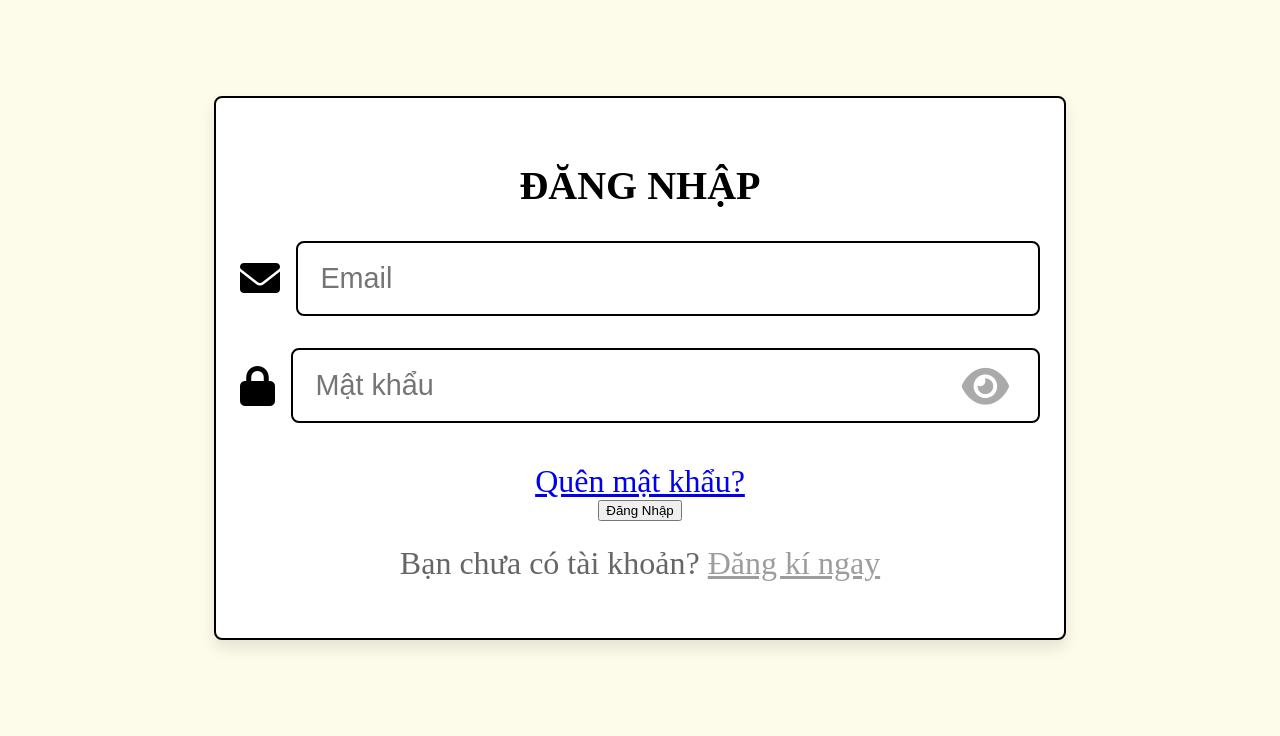
Repository: Dien973/expense_manager
Page: http://localhost/expense_manager/account/login.php
An editor plug-in stored every save of this project. The page is shown before and after the next save, followed by the edit.
The browser window is 1280 px wide. The pictures show the whole page.
The page is run by PHP 8.4 with error messages shown; the project is at /var/www/html/.

Above is the page before, as saved 2025-12-05 17:40:55.

### account/login.php
<?php

@include '../config.php';
session_start();

if(isset($_POST['submit'])){

   $filter_email = filter_var($_POST['email'], FILTER_SANITIZE_STRING);
   $email = mysqli_real_escape_string($conn, $filter_email);
   $filter_pass = filter_var($_POST['pass'], FILTER_SANITIZE_STRING);
   $pass = mysqli_real_escape_string($conn, $filter_pass);

   $select_users = mysqli_query($conn, "SELECT * FROM `users` WHERE uemail = '$email' AND upwd = '$pass'") or die('Thất bại');


   if(mysqli_num_rows($select_users) > 0){

      $row = mysqli_fetch_assoc($select_users);

      if($row['urole'] == 'admin'){

         $_SESSION['admin_name'] = $row['uname'];
         $_SESSION['admin_email'] = $row['uemail'];
         $_SESSION['admin_id'] = $row['uid'];
         header('location:ad_home.php');

      }elseif($row['urole'] == 'user'){

         $_SESSION['user_name'] = $row['uname'];
         $_SESSION['user_email'] = $row['uemail'];
         $_SESSION['user_id'] = $row['uid'];
         header('location:../user_page/home.php');

      }else{
         $message[] = 'Không tìm thấy người dùng!';
      }

   }else{
      $message[] = 'Sai email hoặc mật khẩu!';
   }

}

?>

<!DOCTYPE html>
<html lang="en">
<head>
   <meta charset="UTF-8">
   <meta http-equiv="X-UA-Compatible" content="IE=edge">
   <meta name="viewport" content="width=device-width, initial-scale=1.0">
   <title>Đăng nhập</title>

   <!-- font awesome cdn link  -->
   <link rel="stylesheet" href="https://cdnjs.cloudflare.com/ajax/libs/font-awesome/6.0.0/css/all.min.css">

   <!-- custom css file link  -->
   <link rel="stylesheet" href="../css/main.css">

</head>
<body>

<?php
if(isset($_SESSION['success'])){
    echo '
    <div class="message-overlay">
        <div class="message-box">
            <span>'.$_SESSION['success'].'</span>
            <i class="fas fa-times" onclick="this.parentElement.parentElement.remove();"></i>
        </div>
    </div>
    ';
    unset($_SESSION['success']);
}

?>

<section class="form-container">

   <form action="" method="post">
      <h3>Đăng Nhập</h3>

      <div class="input-boxes">
         <div class="inpt">
            <i class="fas fa-envelope"></i>
            <input type="email" name="email" class="box" placeholder="Email" required>
         </div>
         <div class="inpt">
            <i class="fas fa-lock"></i>
            <input type="password" name="pass" class="box pwd" placeholder="Mật khẩu" required>
            <i class="fa-solid fa-eye eye toggle-eye"></i>
         </div>
         <!--div>
            <input id="remember-login" type="checkbox" name="remember">
            <label for="remember-login">Ghi nhớ đăng nhập</label>
         </div-->
         <div class="forgot-pwd" class="text"><a href="forgot_pwd.php">Quên mật khẩu?</a></div>
         <input type="submit" class="btn" name="submit" value="Đăng Nhập">
         <p>Bạn chưa có tài khoản? <a href="signup.php">Đăng kí ngay</a></p>
      </div>
   </form>
</section>

   <script src="../js/show_pwd.js"></script>
</body>
</html>

### config.php
<?php
// Kết nối đến cơ sở dữ liệu MySQL
$servername = "localhost";
$username = "root";
$password = "";
$dbname = "qly_chi_tieu";

// Tạo kết nối
$conn = mysqli_connect($servername, $username, $password, $dbname);

// Kiểm tra kết nối
if (!$conn) {
    die("Connection failed: " . mysqli_connect_error());
}
?>

### css/main.css
body {
  background-color: rgb(253, 252, 234);
}
/*----------FORM ĐĂNG NHẬP------------*/
.form-container {
  display: flex;
  align-items: center;
  justify-content: center;
  min-height: 100vh;
}

.form-container form {
  padding: 1.5rem;
  border-radius: 0.5rem;
  border: #000 solid 2px;
  background-color: #ffffff;
  box-shadow: 0 0.5rem 1rem rgba(0, 0, 0, 0.1);
  width: 50rem;
  text-align: center;
}

.form-container form h3 {
  font-size: 2.5rem;
  text-transform: uppercase;
  color: #000;
  margin-bottom: 1rem;
}

.form-container form .box {
  width: 100%;
  padding: 1.2rem 1.4rem;
  font-size: 1.8rem;
  color: #000;
  border: #000 solid 2px;
  background-color: #fff;
  margin: 1rem 0;
  border-radius: 0.5rem;
  position: relative;
}

.form-container form i {
  color: #000;
  font-size: 2.5rem;
  margin-right: 1rem;
}

.form-container form p,
.form-container form .forgot-pwd {
  margin-top: 1.5rem;
  font-size: 2rem;
  color: #666;
}

.form-container form p a {
  color: #9e9d9d;
}

.form-container form p a:hover {
  text-decoration: underline;
}

/*-- forgot password --*/
.form-container form .forgot-pwd {
  margin-top: 1.5rem;
  font-size: 2rem;
  color: #666;
}

/* --- EYE TRONG Ô INPUT --- */

.form-container form .inpt {
  position: relative;
  display: flex;
  align-items: center;
}

.form-container form .inpt input.box {
  width: 100%;
  padding-right: 45px;
  box-sizing: border-box;
}

.form-container form .toggle-eye,
.form-container form .eye {
  position: absolute !important;
  right: 15px !important;
  top: 50% !important;
  transform: translateY(-50%) !important;
  font-size: 42px;
  cursor: pointer;
  color: #aaa;
  z-index: 10;
}

/*---------- THÔNG BÁO------------*/
.message-overlay {
  position: fixed;
  top: 0;
  left: 0;
  width: 100%;
  height: 100%;
  background: rgba(0, 0, 0, 0.5);
  display: flex;
  justify-content: center;
  align-items: center;
  z-index: 20000;
}

/* Hộp thông báo */
.message-box {
  background: #fff;
  padding: 2rem 3rem;
  border-radius: 10px;
  text-align: center;
  min-width: 350px;
  max-width: 80%;
  box-shadow: 0 10px 25px rgba(0, 0, 0, 0.3);
  position: relative;
  animation: popupShow 0.25s ease-out;
}

/* Nội dung */
.message-box span {
  font-size: 2rem;
  color: #000;
}

/* Icon đóng */
.message-box i {
  position: absolute;
  top: 10px;
  right: 12px;
  font-size: 2.2rem;
  color: #c0392b;
  cursor: pointer;
  transition: 0.2s;
}

.message-box i:hover {
  transform: rotate(90deg);
}

/* Animation hiển thị */
@keyframes popupShow {
  from {
    opacity: 0;
    transform: scale(0.8);
  }
  to {
    opacity: 1;
    transform: scale(1);
  }
}

### js/show_pwd.js
const eyes = document.querySelectorAll(".toggle-eye");
const pwds = document.querySelectorAll(".pwd");

eyes.forEach((eye, index) => {
  eye.onclick = () => {
    if (pwds[index].type === "password") {
      pwds[index].type = "text";
      eye.classList.remove("fa-eye");
      eye.classList.add("fa-eye-slash");
    } else {
      pwds[index].type = "password";
      eye.classList.remove("fa-eye-slash");
      eye.classList.add("fa-eye");
    }
  };
});

After the next save:
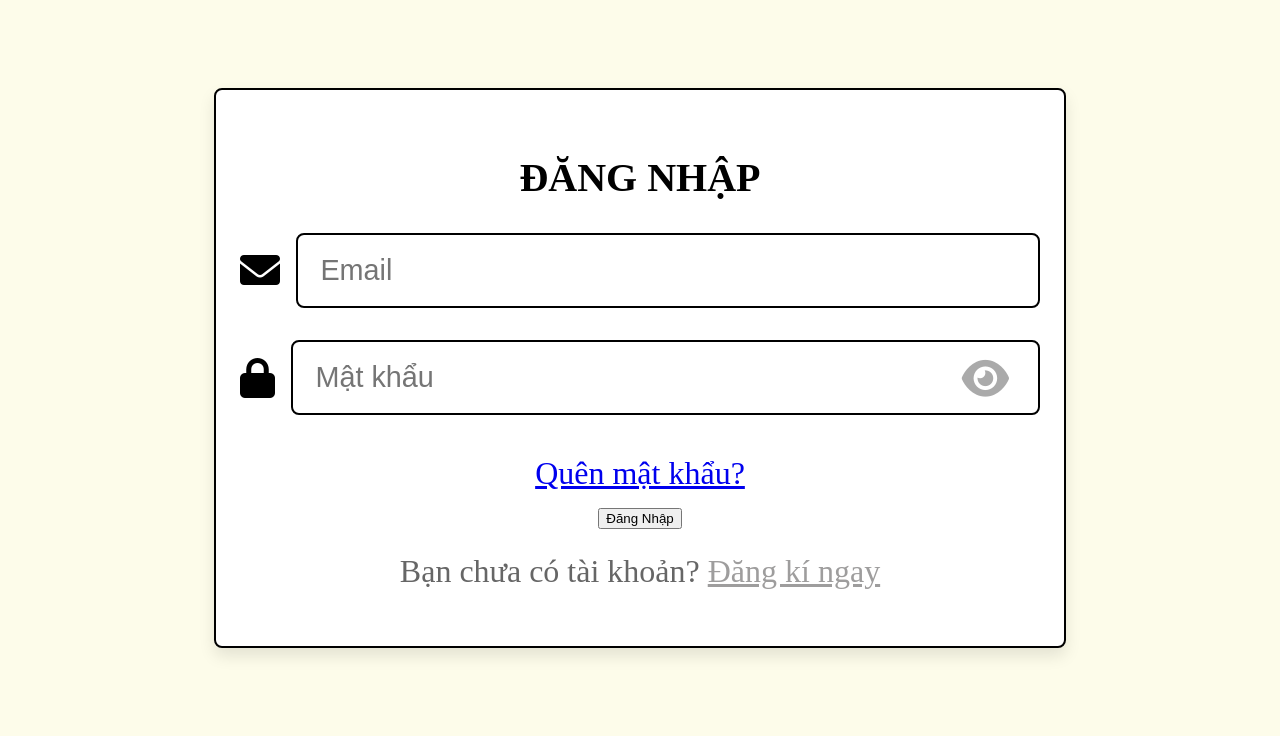
Saved 29 s later.
--- a/css/main.css
+++ b/css/main.css
@@ -62,8 +62,8 @@ body {
 /*-- forgot password --*/
 .form-container form .forgot-pwd {
   margin-top: 1.5rem;
+  margin-bottom: 1rem;
   font-size: 2rem;
-  color: #666;
 }
 
 /* --- EYE TRONG Ô INPUT --- */
